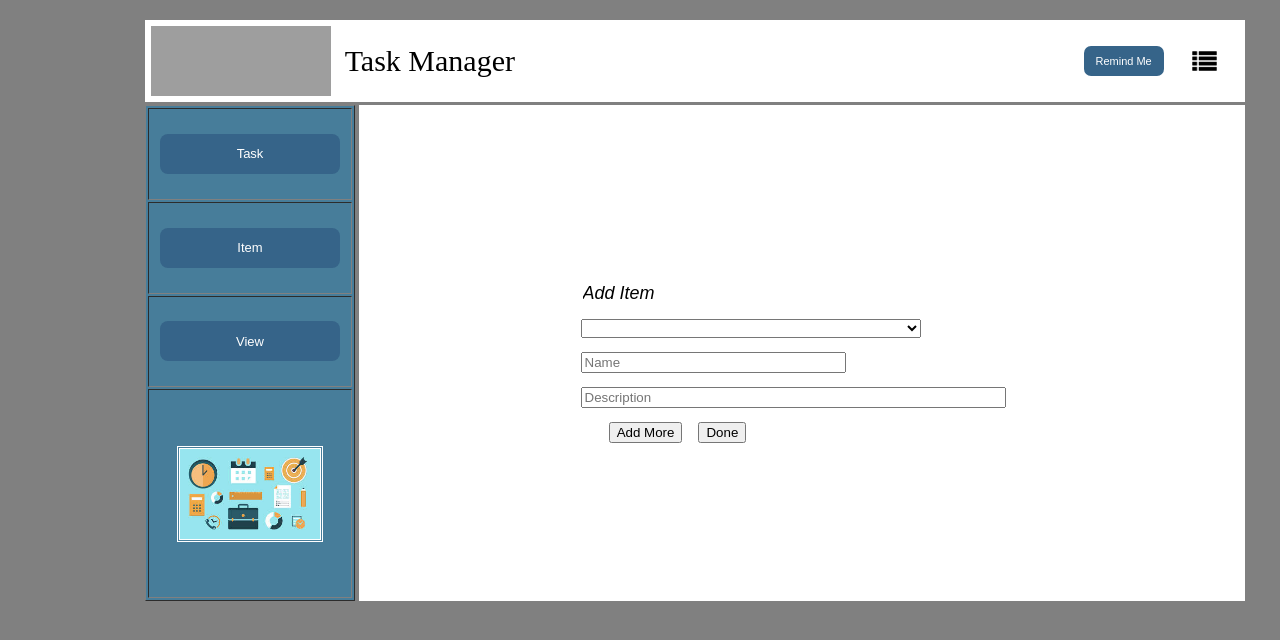
Repository: SnehaSalvi/TaskManagerProject
Page: http://localhost/TaskManagerChecklist/AddItem.jsp
These files come from the project's save history. The page is drawn as it stood at one moment and after the next save; the edit follows.
The browser window is 1280 px wide. The pictures show the whole page.
Pictures or frames that could not be fetched are drawn as grey boxes. The page is served by Tomcat 9.

Above is the page before, as saved 2016-10-14 10:45:09.

After the next save:
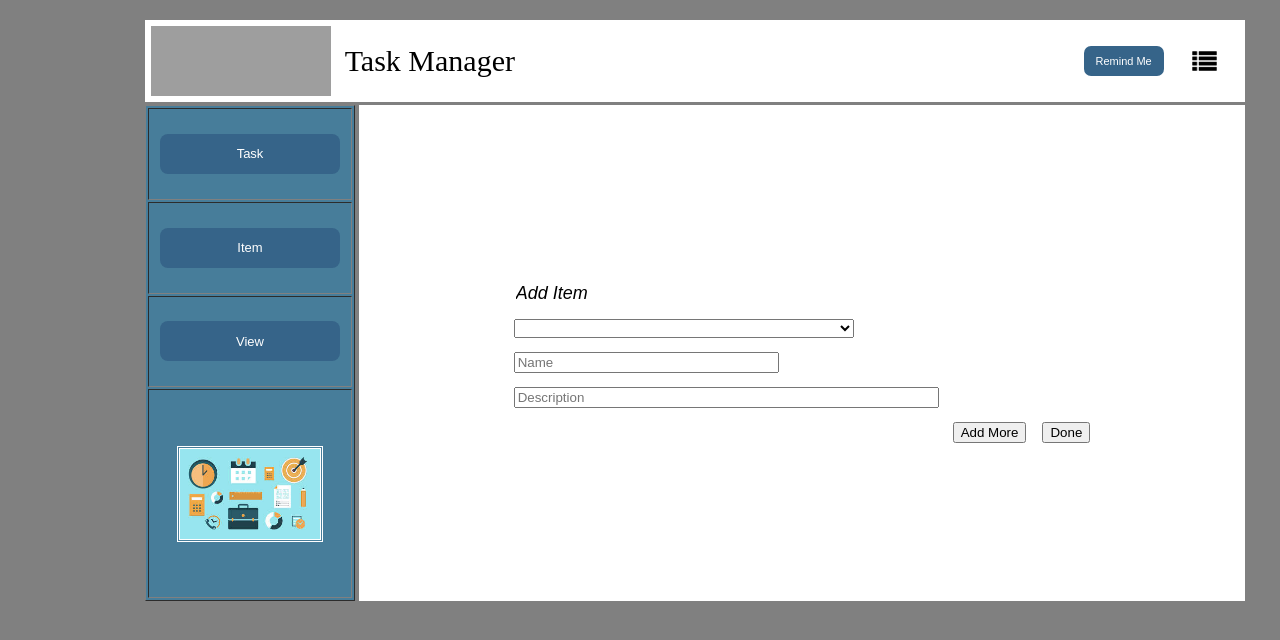
Saved 29 s later.
--- a/TaskManagerChecklist/WebContent/AddItem.jsp
+++ b/TaskManagerChecklist/WebContent/AddItem.jsp
@@ -86,7 +86,7 @@
 									<td>&nbsp;</td>
 								</tr>
 								<tr>
-									<td colspan="">
+									<td colspan="2">
 
 									</td>
 									<td>
